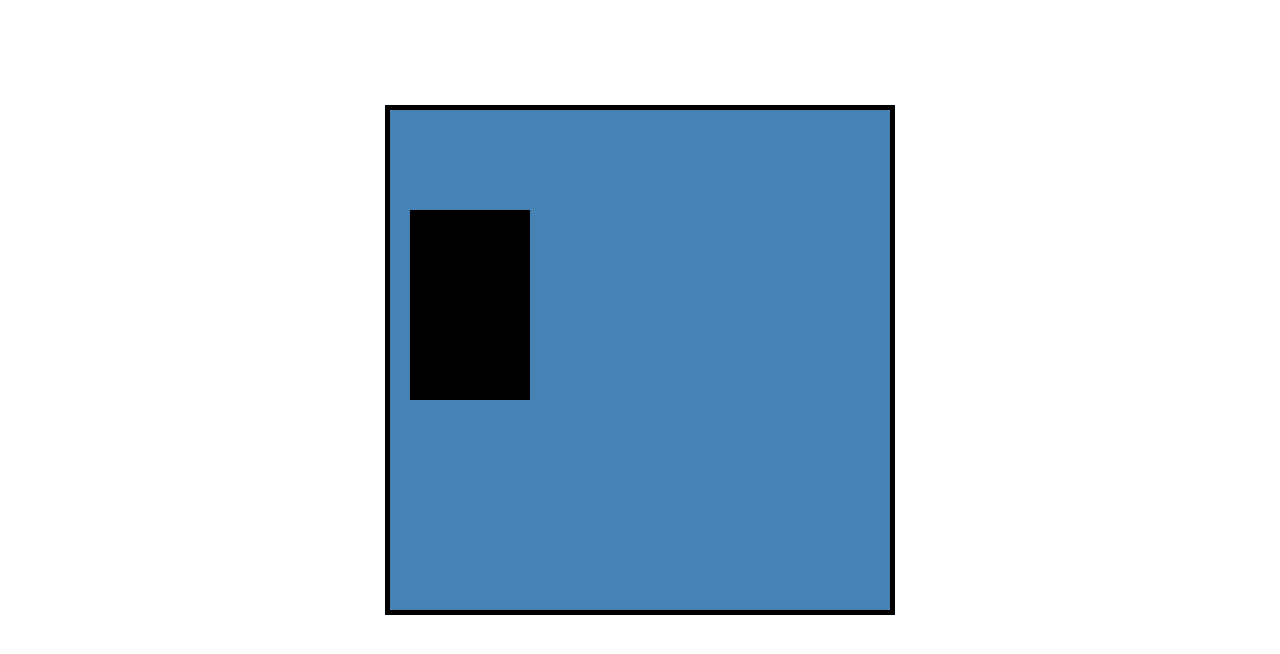
Repository: vasucp1207/seahorse-shooting-game
Page: index.html
The author's editor kept a copy of each file at every save. The page is drawn from the files as they stood at one save, then again after the next save.
The browser window is 1280 px wide. The pictures show the whole page.

Above is the page before, as saved 2022-08-24 15:01:56.

After the next save:
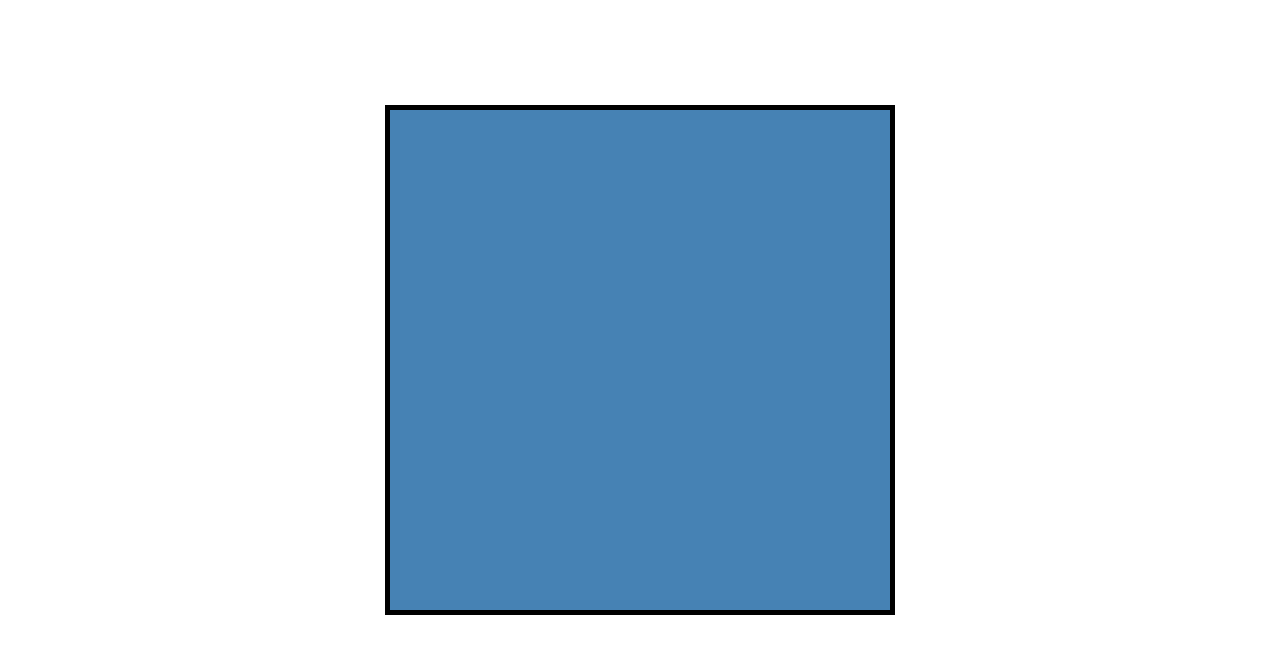
Console error: ReferenceError: thi is not defined
Saved 25 s later.
--- a/script.js
+++ b/script.js
@@ -56,6 +56,7 @@
             this.y = 100
             this.speedY = 0
             this.maxSpeed = 2
+            thi
         }
 
         update() {

After the save that followed:
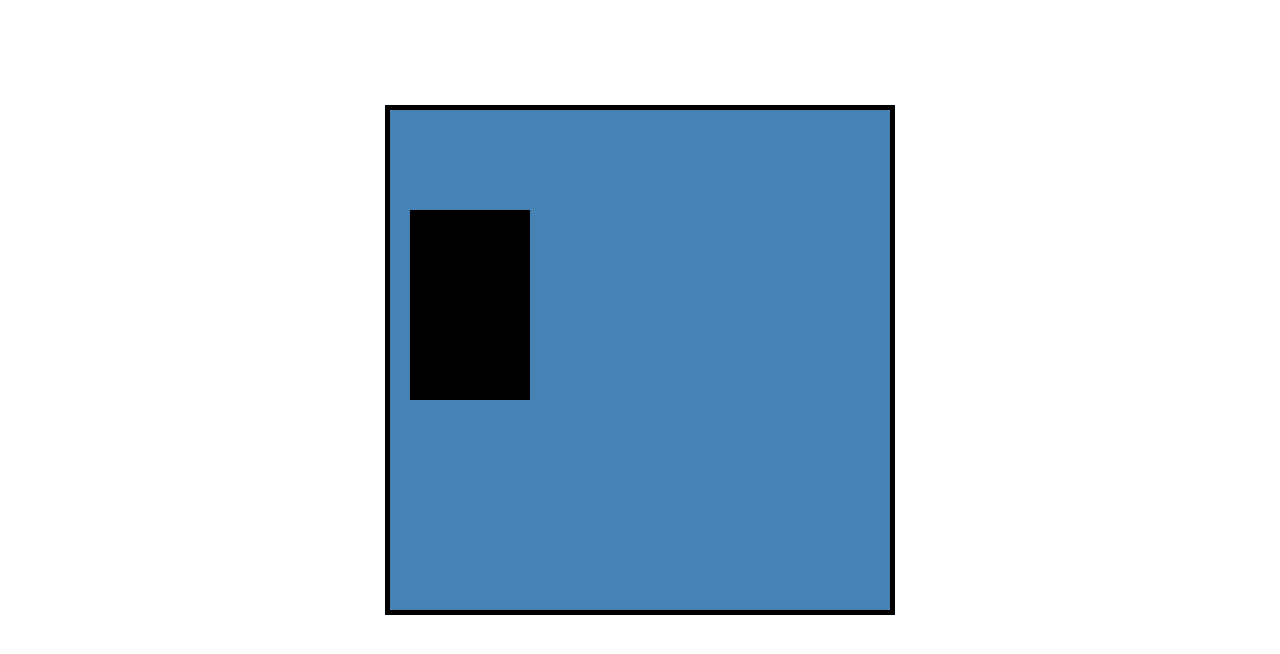
The error is gone.
Saved 7 s later.
--- a/script.js
+++ b/script.js
@@ -56,7 +56,7 @@
             this.y = 100
             this.speedY = 0
             this.maxSpeed = 2
-            thi
+            this.projectile = []
         }
 
         update() {
